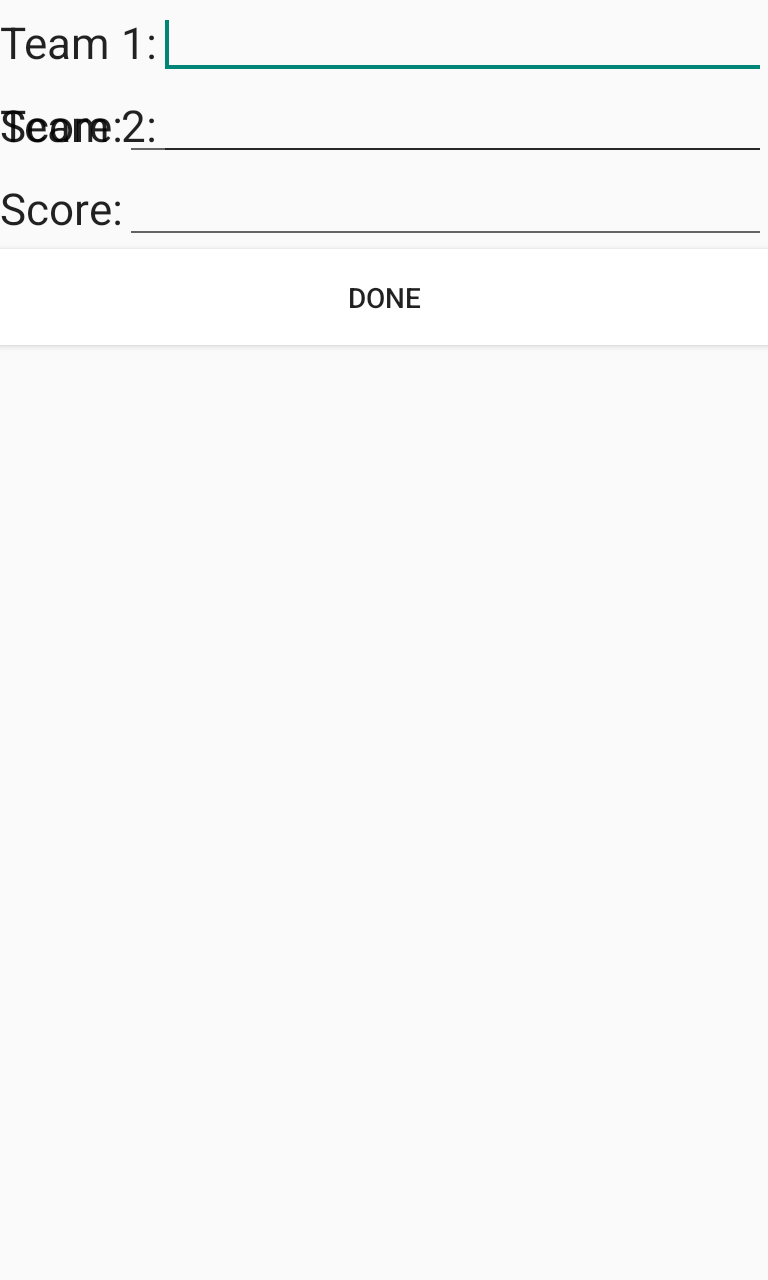
Repository: charlesweng/school
Layout: simpleandroidapps/GettingToKnowUIActivities/charleswengScoringProject/charleswengScoring/res/layout/fragment_teamdialog.xml
An editor plug-in stored every save of this project. The layout is shown before and after the next save, followed by the edit.
It is drawn on a 768 x 1280 px phone screen (xhdpi) without system bars, with theme AppTheme; the app's code is not run.

Above is the layout before, as saved 2014-04-26 08:53:03.

After the next save:
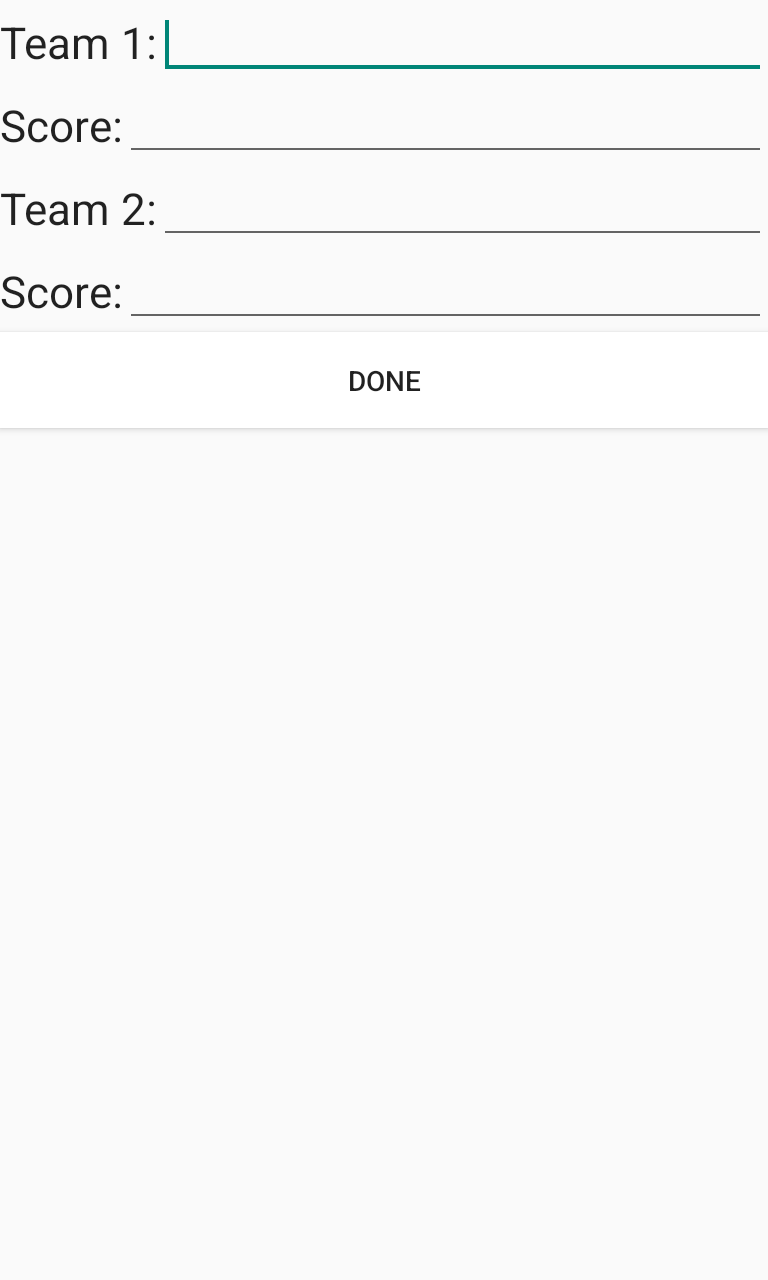
Saved 72 s later.
--- a/simpleandroidapps/GettingToKnowUIActivities/charleswengScoringProject/charleswengScoring/res/layout/fragment_teamdialog.xml
+++ b/simpleandroidapps/GettingToKnowUIActivities/charleswengScoringProject/charleswengScoring/res/layout/fragment_teamdialog.xml
@@ -61,7 +61,7 @@
         android:layout_width="fill_parent"
         android:layout_height="wrap_content"
         android:layout_alignParentRight="true"
-        android:layout_below="@+id/editTeam1"
+        android:layout_below="@+id/editScore1"
         android:layout_toRightOf="@+id/team2name"
         android:inputType="text"
         android:ems="10" >
